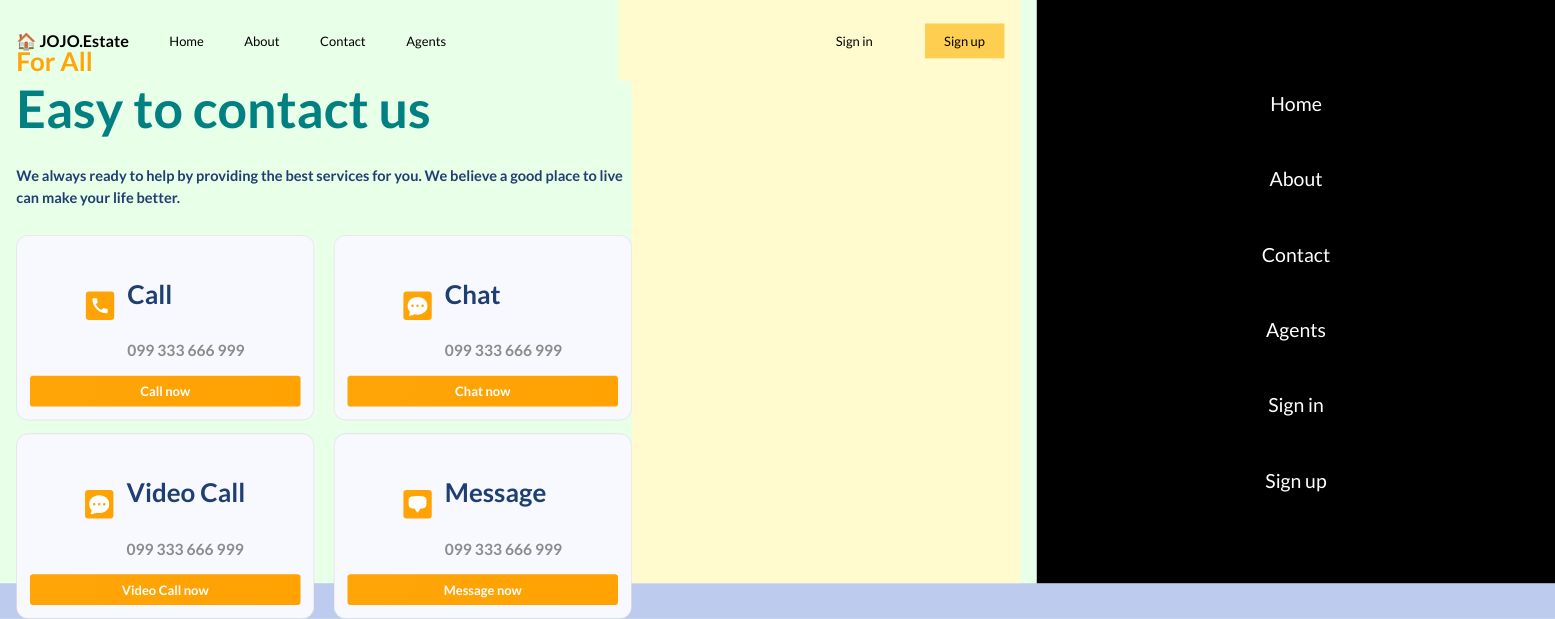
Repository: AiTrinh303/JOJO-estate
Page: /contact (app in client/)
These files come from the project's save history. The page is drawn as it stood at one moment and after the next save; the edit follows.
The browser window is 1280 px wide. The page is 1920 px wide, so the pictures cover 1920 px, including what lies to the right of the window. The pictures show the whole page, at 81% of full size.
The page's requests for data from a server got no answer. The project was rebuilt for these pictures with package versions that can differ from the ones it lists, and the page was loaded fresh each time. No one was signed in, and anything a server would have sent is missing. Also part of the build but not shown: client/vite.config.js, client/src/components/searchBar/searchBar.scss, client/src/components/searchBar/SearchBar.jsx, client/src/routes/homePage/homePage.scss, client/src/routes/homePage/homePage.jsx, client/src/routes/listPage/listPage.scss, client/src/components/filter/filter.scss, client/src/components/filter/Filter.jsx and 30 more. Imported but missing from the stored project, and not drawn on this page: client/src/components/uploadWidget/UploadWidget.

Above is the page before, as saved 2024-10-15 15:06:18.

After the next save:
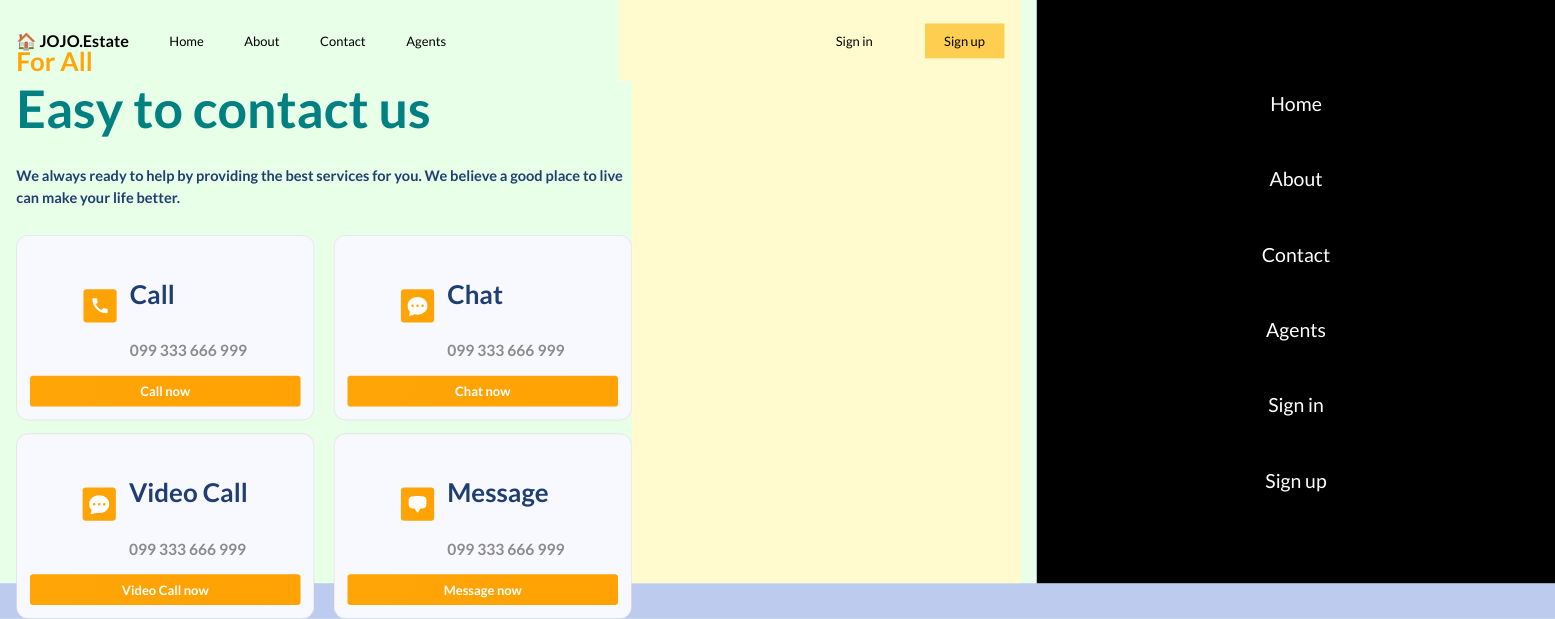
Saved 24 s later.
--- a/client/src/routes/contactPage/contactPage.scss
+++ b/client/src/routes/contactPage/contactPage.scss
@@ -68,7 +68,7 @@
                         background: linear-gradient(97.05deg, #FFA508 3.76%, #ffa202 100%);
                         border: none;
                         border-radius: 4px;
-                        padding: 5px;
+                        padding: 8px;
                     }
                     .detail{
                         display: flex;
